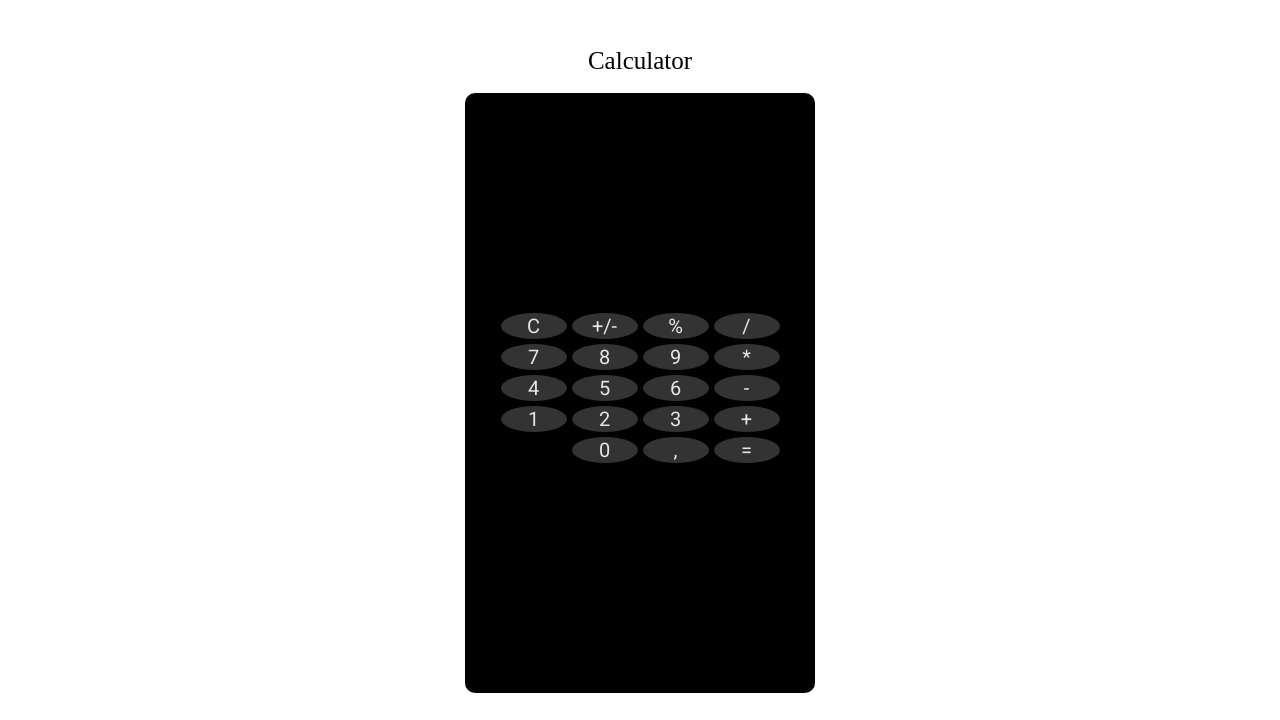
Repository: Gibon9/SimpleCalc
Page: index.html
An editor plug-in stored every save of this project. The page is shown before and after the next save, followed by the edit.
The browser window is 1280 px wide. The pictures show the whole page.
Some web fonts or font styles are not loaded; a fallback is used.

Above is the page before, as saved 2020-11-27 19:32:50.

### index.html
<!DOCTYPE html>
<html lang="en">
  <head>
    <meta charset="UTF-8" />
    <meta name="viewport" content="width=device-width, initial-scale=1.0" />
    <link rel="stylesheet" href="style/reset.css" />
    <link rel="stylesheet" href="style/style.css" />
    <title>Calculator</title>
  </head>

  <body>
    <main class="main">
      <h1 class="title">Calculator</h1>
      <section class="clac">
        <div class="calc-display" id="display"></div>
        <section class="keyboard" id="keyboard">
          <button class="calc-button c-btn" id="clear">C</button>
          <button class="calc-button plus-minus-btn" id="plus-minus">
            +/-
          </button>
          <button class="calc-button percent-btn" id="percent">%</button>
          <button class="calc-button one-btn" id="btn1">1</button>
          <button class="calc-button two-btn" id="btn2">2</button>
          <button class="calc-button three-btn" id="btn3">3</button>
          <button class="calc-button four-btn" id="btn4">4</button>
          <button class="calc-button five-btn" id="btn5">5</button>
          <button class="calc-button six-btn" id="btn6">6</button>
          <button class="calc-button seven-btn" id="btn7">7</button>
          <button class="calc-button eight-btn" id="btn8">8</button>
          <button class="calc-button nine-btn" id="btn9">9</button>
          <button class="calc-button zero-btn" id="btn0">0</button>
          <button class="calc-button plus-btn" id="plus">+</button>
          <button class="calc-button minus-btn" id="minus">-</button>
          <button class="calc-button divide-btn" id="divide">/</button>
          <button class="calc-button multiply-btn" id="multiply">*</button>
          <button class="calc-button equal-btn" id="equal">=</button>
          <button class="calc-button coma-btn" id="coma">,</button>
        </section>
      </section>
    </main>
    <script src="./index.js"></script>
  </body>
</html>

### style/style.css
@import url("https://fonts.googleapis.com/css2?family=Roboto&family=Saira+Stencil+One&display=swap");

:root {
  --background-color: #010101;
  --display-color: black;
  --primary-btn-color: ##a5a5a5;
  --secondary-color: #333333;
  --secondary-btn-color: #fd9624;
  --text-color: #e7e7e7;
}

.calc-display,
.title {
  font-family: "Saira Stencil One", cursive;
}

.calc-button {
  font-family: "Roboto", sans-serif;
}

.main {
  display: flex;
  flex-direction: column;
  justify-content: center;
  align-items: center;
  width: 100vw;
  height: 100vh;
}

.title {
  font-size: 25px;
  margin: 20px 0;
}

.clac {
  width: 350px;
  height: 600px;
  background-color: var(--background-color);
  border-radius: 10px;
}

.calc-display {
  margin: 20px auto;
  width: 300px;
  height: 30%;
  background-color: var(--display-color);
  color: var(--primary-color);
  border-radius: 10px;
  font-size: 40px;
}

.keyboard {
  display: grid;
  grid-template-columns: repeat(10, 1fr);
  grid-template-rows: repeat(12, 1fr);
  gap: 5px 5px;
}

.calc-button {
  font-size: 20px;
  color: var(--text-color);
  background-color: var(--secondary-color);
  border-radius: 50%;
  border: none;
}

.c-btn {
  grid-column: 2/4;
  grid-row: 1/3;
}

.plus-minus-btn {
  grid-column: 4/6;
  grid-row: 1/3;
}

.percent-btn {
  grid-column: 6/8;
  grid-row: 1/3;
}

.divide-btn {
  grid-column: 8/10;
  grid-row: 1/3;
}

.seven-btn {
  grid-column: 2/4;
  grid-row: 3/5;
}

.eight-btn {
  grid-column: 4/6;
  grid-row: 3/5;
}

.nine-btn {
  grid-column: 6/8;
  grid-row: 3/5;
}

.multiply-btn {
  grid-column: 8/10;
  grid-row: 3/5;
}

.four-btn {
  grid-column: 2/4;
  grid-row: 5/7;
}

.five-btn {
  grid-column: 4/6;
  grid-row: 5/7;
}

.six-btn {
  grid-column: 6/8;
  grid-row: 5/7;
}

.minus-btn {
  grid-column: 8/10;
  grid-row: 5/7;
}

.one-btn {
  grid-column: 2/4;
  grid-row: 7/9;
}

.two-btn {
  grid-column: 4/6;
  grid-row: 7/9;
}

.three-btn {
  grid-column: 6/8;
  grid-row: 7/9;
}

.plus-btn {
  grid-column: 8/10;
  grid-row: 7/9;
}

.zero-btn {
  grid-column: 4/6;
  grid-row: 9/11;
}

.coma-btn {
  grid-column: 6/8;
  grid-row: 9/11;
}

.equal-btn {
  grid-column: 8/10;
  grid-row: 9/11;
}

Loaded but not shown: style/reset.css (common file); index.js (no copy from this time; the picture is the same without it)

After the next save:
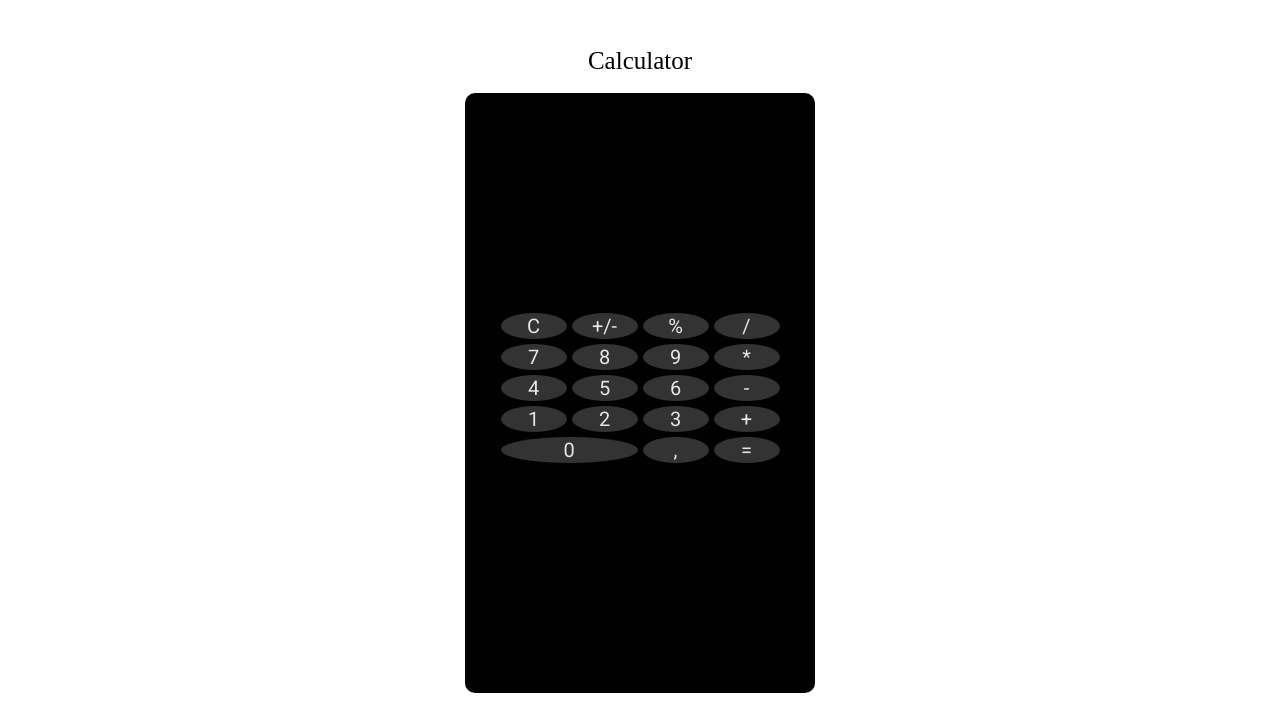
Saved 12 s later.
--- a/style/style.css
+++ b/style/style.css
@@ -145,7 +145,7 @@
 }
 
 .zero-btn {
-  grid-column: 4/6;
+  grid-column: 2/6;
   grid-row: 9/11;
 }
 
